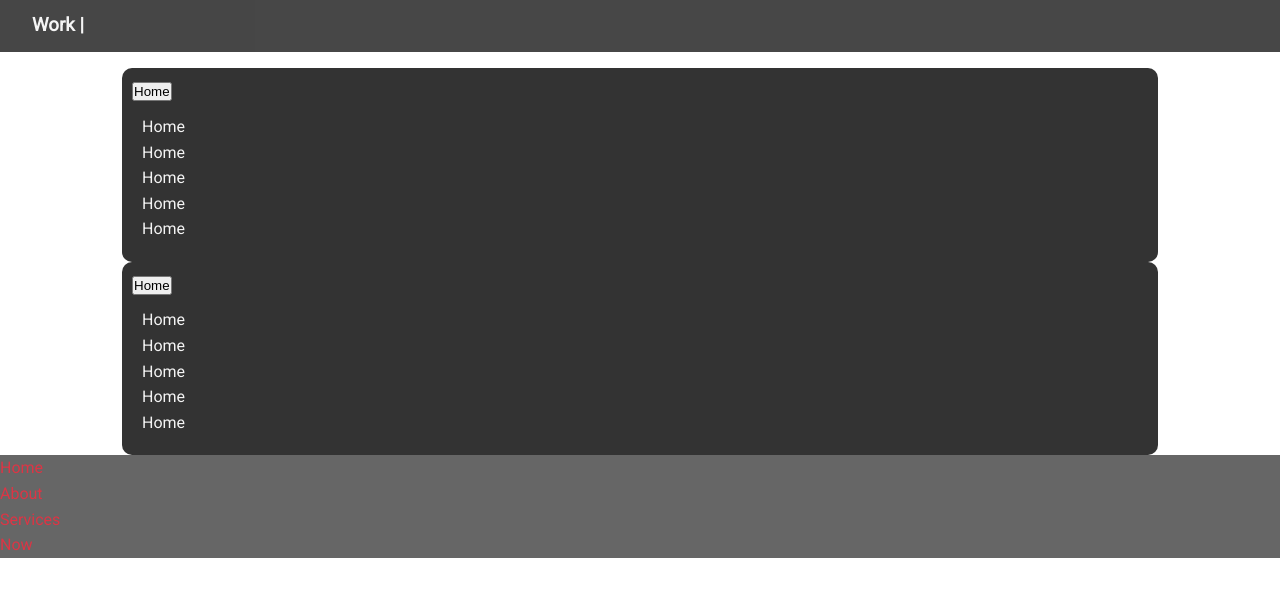
Repository: mxhdiqaim/lenviteck
Page: dist/index.html
An editor plug-in stored every save of this project. The page is shown before and after the next save, followed by the edit.
The browser window is 1280 px wide. The pictures show the whole page.
Some web libraries are served in a nearby version. The style sheet was rebuilt from its Sass, Less or Tailwind sources for each picture, by a compiler version that may differ from the author's.

Above is the page before, as saved 2021-04-11 18:24:46.

After the next save:
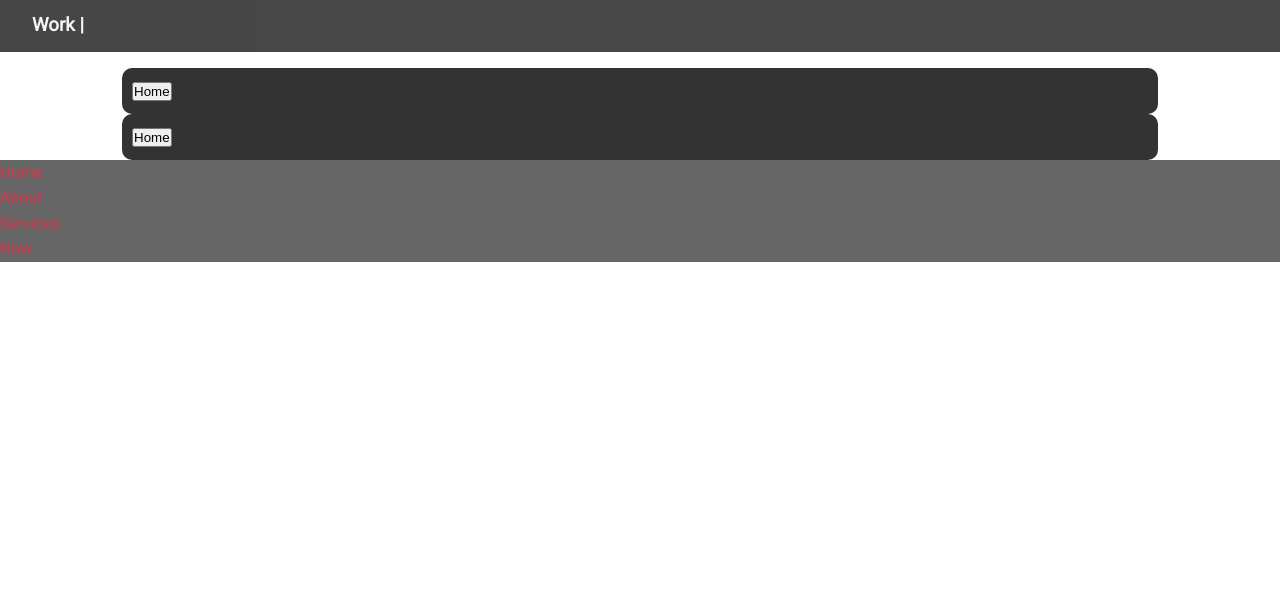
Saved 10 s later.
--- a/dist/styles/main.scss
+++ b/dist/styles/main.scss
@@ -53,7 +53,7 @@ img {
 
       ul {
         padding: 10px;
-        // display: none;
+        display: none;
       }
     }
 }
